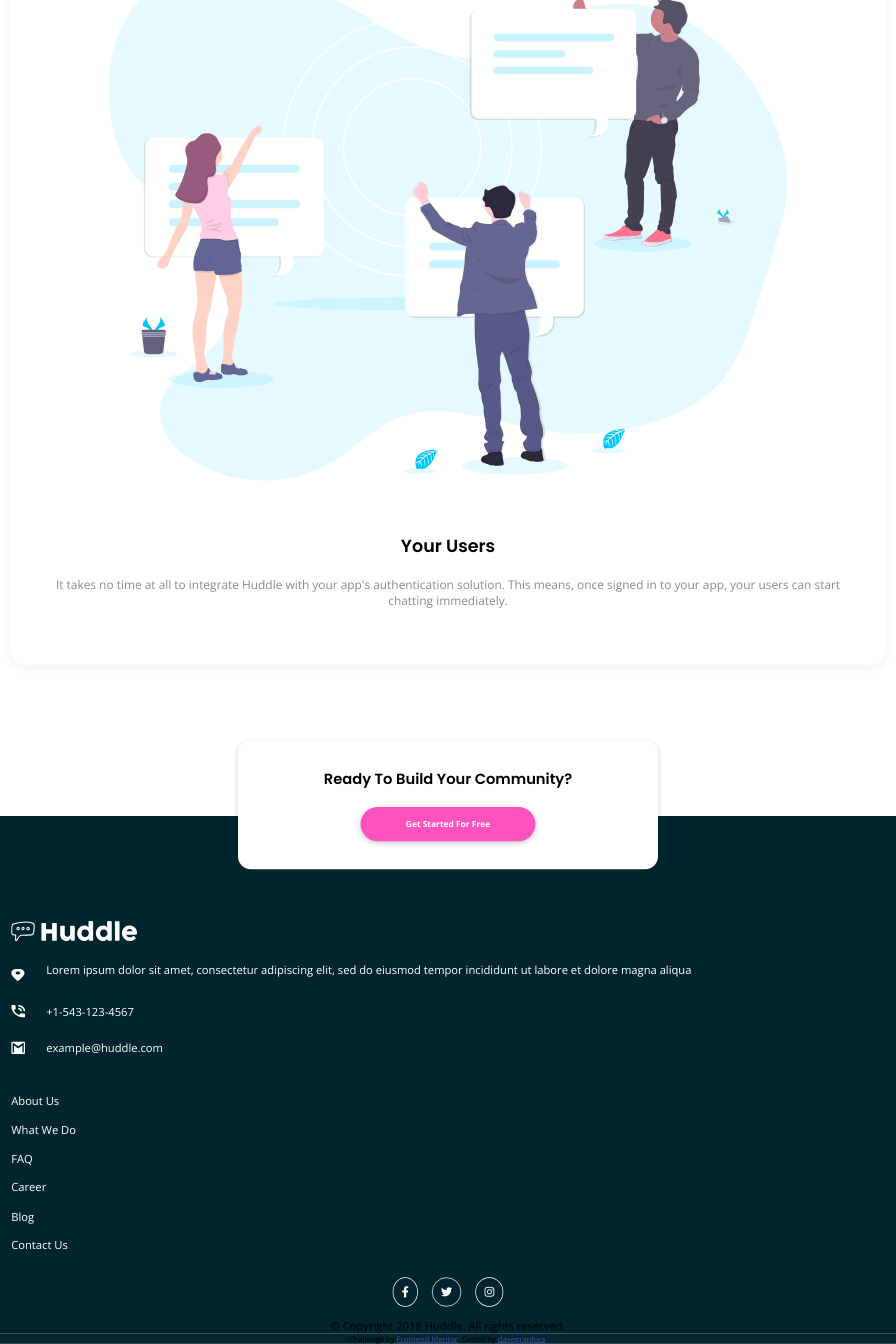
Repository: DejV44/Huddle-landing-page
Page: index.html
The author's editor kept a copy of each file at every save. The page is drawn from the files as they stood at one save, then again after the next save.
The browser window is 1280 px wide. The pictures show the part of the page from y = 3694 to 5614 px (the page is 5614 px tall before and 5612 px after), at 70% of full size.
The style sheet was rebuilt from its Sass, Less or Tailwind sources for each picture, by a compiler version that may differ from the author's.

Above is the page before, as saved 2021-08-20 13:04:34.

### index.html
<!DOCTYPE html>
<html lang="en">
<head>
  <meta charset="UTF-8">
  <meta name="viewport" content="width=device-width, initial-scale=1.0"> <!-- displays site properly based on user's device -->
  <link rel="stylesheet" href="/css/style.css">
  <link rel="stylesheet" href="/fontawesome-free-5.15.3-web/css/all.css">
  <link rel="icon" type="image/png" sizes="32x32" href="./images/favicon-32x32.png">

  <title>Frontend Mentor | Huddle landing page with alternating feature blocks</title>

</head>
<body>
  <header>
    <div class="nav">
      <div class="logo">
        <img src="/images/logo.svg" alt="logo">
      </div>
      <a href="#">Try It Free</a>
    </div>
    <content class="main">
      <article class="building">
        <h1>Build The Community Your Fans Will Love</h1>
        <h3> Huddle re-imagines the way we build communities. You have a voice, but so does your audience.
        Create connections with your users as you engage in genuine discussion.</h3>
        <a class="main-btn" href="#">Get Started For Free</a>
      </article>
      <div class="img-main">
        <img class="img" src="/images/illustration-mockups.svg" alt="">
      </div>
    </content>

  </header>
  <section class="cards">
    <div class="card-one">
      <div class="img-cards">
        <img src="/images/illustration-grow-together.svg" alt="">
      </div>
      <content class="card">
        <h2>Grow Together</h2>
        <p>Generate meaningful discussions with your audience and build a strong, loyal community.
        Think of the insightful conversations you miss out on with a feedback form.</p>
      </content>
    </div>
    <div class="card-two">
      <div class="img-cards">
        <img src="/images/illustration-flowing-conversation.svg" alt="">
      </div>
      <content class="card">
        <h2>Flowing Conversations</h2>
        <p>You wouldn't paginate a conversation in real life, so why do it online? Our threads
        have just-in-time loading for a more natural flow.</p>
      </content>
    </div>
    <div class="card-three">
      <div class="img-cards">
        <img src="/images/illustration-your-users.svg" alt="">
      </div>
      <content class="card">
        <h2>Your Users</h2>
        <p>It takes no time at all to integrate Huddle with your app's authentication solution.
        This means, once signed in to your app, your users can start chatting immediately.</p>
      </content>
    </div>
    <container class="ready">
      <h2>Ready To Build Your Community?</h2>
      <a href="#">Get Started For Free</a>
    </container>
  </section>
  <footer>
    <container class="footer">
      <div class="section1">
        <img src="/images/logoWhite.svg" alt="logo">
        <div class="info">
          <img src="/images/icon-location.svg" alt="location">
          <p>Lorem ipsum dolor sit amet, consectetur adipiscing elit, sed do eiusmod tempor
          incididunt ut labore et dolore magna aliqua</p>
        </div>
        <div class="phone">
          <img src="/images/icon-phone.svg" alt="phone">
          <a href="tel:+1-543-123-4567">+1-543-123-4567</a>
        </div>
        <div class="mail">
          <img src="/images/icon-email.svg" alt="email">
          <a href="example@huddle.com">example@huddle.com</a>
        </div>
      </div>
      <div class="section2">
        <ul>
          <li>About Us</li>
          <li>What We Do</li>
          <li>FAQ</li>
        </ul>
      </div>
      <div class="section3">
        <ul>
          <li>Career</li>
          <li>Blog</li>
          <li>Contact Us</li>
        </ul>
      </div>
      <div class="copyright">
        <div class="social">
          <span><i class="fab fa-facebook-f"></i></span>
          <span><i class="fab fa-twitter"></i></span>
          <span><i class="fab fa-instagram"></i></span>
        </div>
        <p>&copy; Copyright 2018 Huddle. All rights reserved.</p>
      </div>
    </container>
  </footer>
  <footer>
    <p class="attribution">
      Challenge by <a href="https://www.frontendmentor.io?ref=challenge" target="_blank">Frontend Mentor</a>.
      Coded by <a href="#">davegraphics</a>.
    </p>
  </footer>
</body>
</html>

### css/style.scss
* {
    margin: 0;
    padding: 0;
    //font-family: 'Poppins', sans-serif;
    -webkit-font-smoothing: antialiased;
}

body {
    font-family: 'Open Sans', sans-serif;
}

// ---FONTS---
@import url('https://fonts.googleapis.com/css2?family=Open+Sans:wght@400;700&display=swap');
@import url('https://fonts.googleapis.com/css2?family=Poppins:wght@600&display=swap');

@import "variables";
@import "mixin";

@import "cards";
@import "header";
@import "footer";

### css/_variables.scss
$Pink: hsl(322, 100%, 66%);
$VeryPaleCyan: hsl(193, 100%, 96%);
$VeryDarkCyan: hsl(192, 100%, 9%);
$GrayishBlue: hsl(208, 11%, 55%);

### css/_mixin.scss
@mixin cards {
    display: flex;
    flex-direction: column;
    margin: 3rem auto 1rem auto;
    text-align: center;
    box-shadow: rgba(0, 0, 0, 0.068) 0px 2px 18px;
    border-radius: 18px;
    align-items: center;



    .card {
        display: block;
        margin: auto 3rem;
        h2 {
            padding-bottom: 1.5rem;
            font-size: 25px;
            font-family: 'Poppins', sans-serif
        }
        p {
            display: block;
            font-size: 17px;
            color: $GrayishBlue;
            padding-bottom: 3rem;
            margin-bottom: 2rem;

        }
    }
    .img-cards {
        display: block;
        padding: 30px 50px;
        margin: auto;

            img {
                width: 90%;
                margin: 40px auto;
            }
    }
}

### css/_cards.scss
.cards {
    padding: 1rem;
    margin: 0 auto;
    box-sizing: border-box;


    .card-one, .card-two, .card-three {
        @include cards;
    }

    .ready {
        display: block;
        box-sizing: border-box;
        text-align: center;
        transform: translateY(50%);
        background-color: white;
        margin: 0 auto;
        padding: 1rem 1rem;
        box-shadow: rgba(39, 39, 39, 0.24) 0px 3px 8px;
        max-width: 600px;
        text-align: center;
        align-items: center;
        border-radius: 18px;
        h2 {
            font-size: 21px;
            font-family: 'Poppins', sans-serif;
            margin: 1.5rem auto;
        }

        a {
            display: block;
            text-decoration: none;
            font-weight: 600;
            font-size: 12px;
            margin: 1.5rem auto;
            padding: 1rem 0;
            max-width: 250px;
            border-radius: 30px;
            background: $Pink;
            color: white;
            box-shadow: rgba(39, 39, 39, 0.24) 0px 3px 8px;
        }
    }

}

### css/_header.scss
header {
    background: url(/images/bg-hero-mobile.svg);
    background-color: rgb(241, 241, 255);
    background-size: contain;
    background-position: center;
    background-repeat: no-repeat;
    text-align: center;

    .nav {
        display: flex;
        justify-content: space-between;
        padding: 2rem 1.6rem;


        img {
            width: 120px;
        }

        a {
            text-decoration: none;
            font-size: 13px;
            font-weight: 600;
            margin-top: -4px;
            padding: 0.3rem 1.7rem;
            background-color: white;
            border-radius: 25px;
            box-shadow: rgba(99, 99, 99, 0.24) 0px 3px 8px;
        }

    }
    .main {

        margin: 0 auto;

        .building {
            margin: 4rem 3rem 2rem 3rem;



            h1 {
                margin: 0 1rem;
                font-size: 28px;
                font-family: 'Poppins', sans-serif
            }

            h3 {
                font-weight: 400;
                font-size: 18px;
                margin: 1.5rem 0;
                line-height: 30px;
            }

            .main-btn {

                display: block;
                text-decoration: none;
                font-weight: 600;
                font-size: 12px;
                margin: 1.5rem auto;
                padding: 1rem 0;
                max-width: 280px;
                border-radius: 30px;
                background: $Pink;
                color: white;
                box-shadow: rgba(39, 39, 39, 0.24) 0px 3px 8px;
            }

        }
        .img-main {
            padding: 15px 50px;

            .img {
                width: 100%;
                margin-bottom: 40px;
            }
        }
    }


}

### css/_footer.scss
footer {
    background-color: $VeryDarkCyan;
     .section1 {
         padding: 150px 1rem 2rem 1rem;
         color: white;

         img {
             width: 180px;
             padding-bottom: 1.5rem;
         }

         .info, .phone, .mail {
             display: flex;
              img {
                  width: 20px;
                  height: 18px;
                  margin-right: 30px;
                  margin-top: 10px;
              }
              p {
                  padding-bottom: 30px;
              }
              a {
                  text-decoration: none;
                  margin-top: 8px;
                  color: white;
              }
         }



    }

    .section2, .section3 {
        ul {
            list-style: none;
            color: white;
            padding-left: 1rem;
            li {
                padding-bottom: 1.2rem;
            }
        }
    }
    .copyright {
        text-align: center;
        .social {
            text-align: center;
            display: block;
            margin: 1rem auto;
            color: white;
            span {
                width: 40px;
                height: 40px;
            }
            .fa-twitter {
                margin: 0 1rem;
            }

            i {

                padding: 12px;
                border: 1px solid white;
                border-radius: 50%;
            }
        }
    }
}





.attribution {
    font-size: 11px; text-align: center;
}
.attribution a {
    color: hsl(228, 45%, 44%);
}

Loaded but not shown: fontawesome-free-5.15.3-web/css/all.css (library)

After the next save:
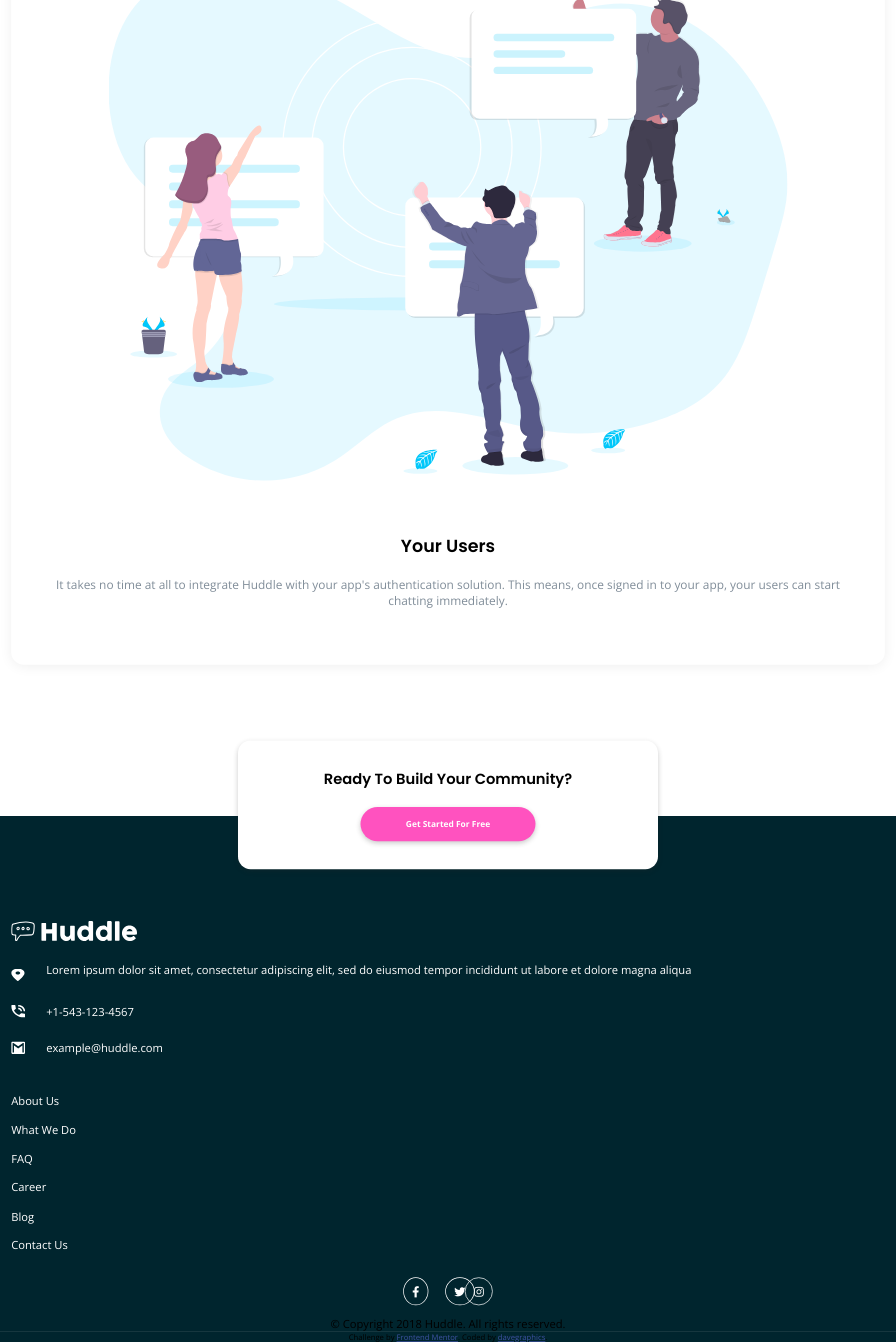
Saved 99 s later.
--- a/css/_footer.scss
+++ b/css/_footer.scss
@@ -51,6 +51,7 @@ footer {
             span {
                 width: 40px;
                 height: 40px;
+                display: inline-flex;
             }
             .fa-twitter {
                 margin: 0 1rem;
